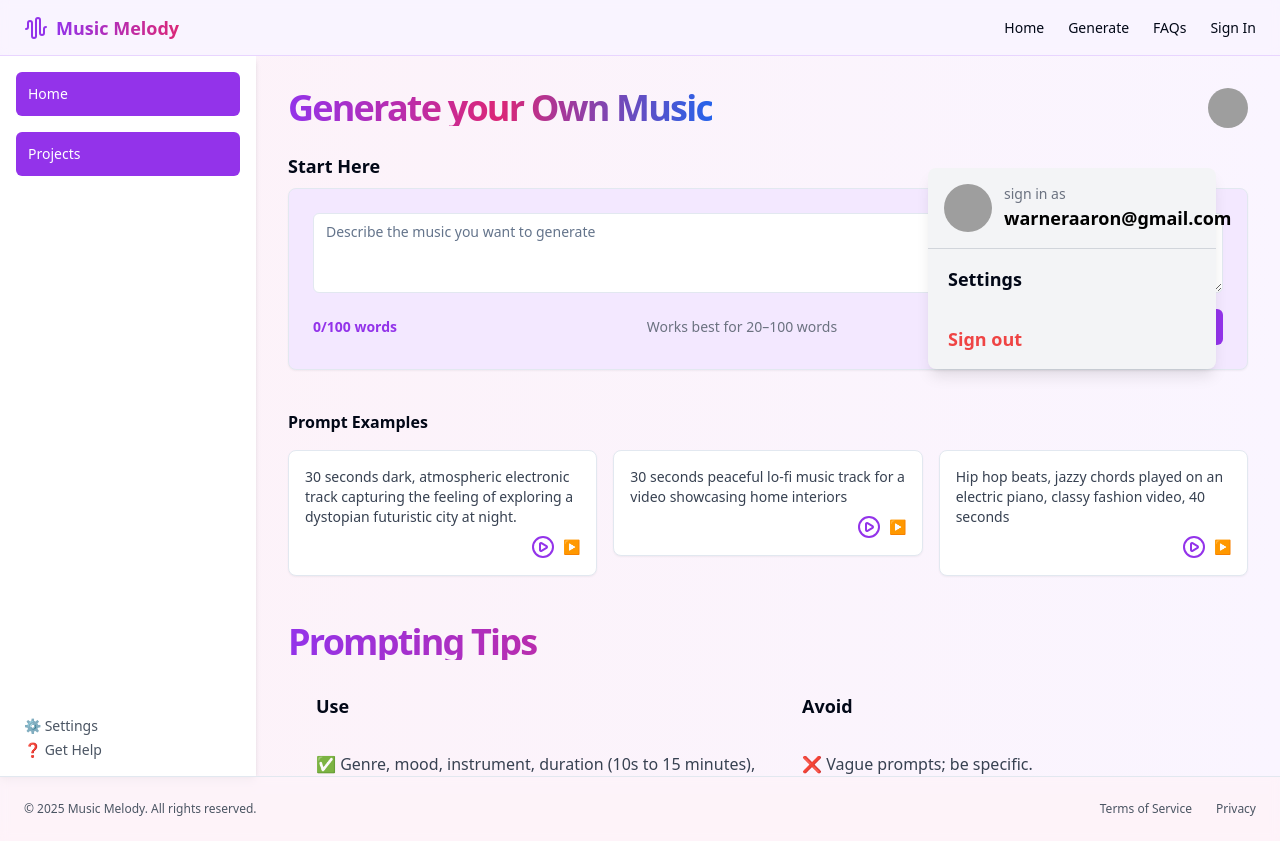
Repository: Aadityakesarwani/musicMelody
Page: /MusicMelodyUI, after clicking the first element matching `div.relative > div`
The author's editor kept a copy of each file at every save. The page is drawn from the files as they stood at one save, then again after the next save.
The browser window is 1280 px wide. The pictures show the whole page.
Pictures or frames that could not be fetched are drawn as grey boxes. An inner scrolling area shows only its first screen. The project was rebuilt for these pictures with package versions that can differ from the ones it lists, and the page was loaded fresh each time. Also part of the build but not shown: vite.config.js, src/components/ui/accordion.jsx, src/components/Faq.jsx, src/components/Hero.jsx, src/components/HowItWorks.jsx, src/context/AuthContext.jsx, src/components/SignIn.jsx, src/components/MusicSection.jsx and 7 more. Imported but missing from the stored project, and not drawn on this page: src/assets/1.mp4, src/assets/2.mp4, src/assets/3.mp4, src/assets/4.mp4, src/assets/5.mp4.

Above is the page before, as saved 2025-04-13 19:32:54.

After the next save:
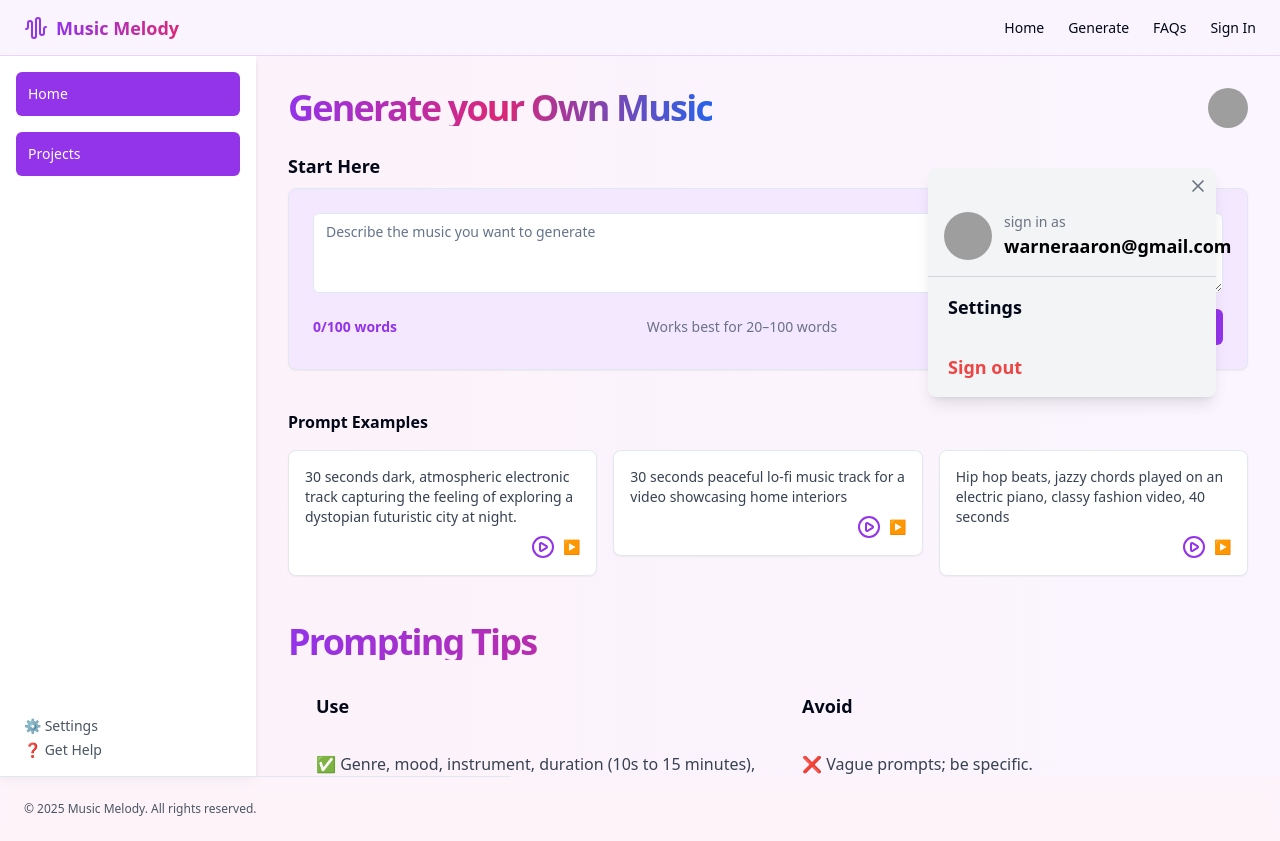
Saved 47 s later.
--- a/src/components/AccountPanel.jsx
+++ b/src/components/AccountPanel.jsx
@@ -1,11 +1,19 @@
-// AccountPanel.jsx
 import { Button } from "./ui/button";
 import { Avatar, AvatarImage } from "./ui/avatar";
+import { X } from "lucide-react"; // Optional icon
 
 export default function AccountPanel({ onClose }) {
   return (
     <div className="absolute top-20 right-8 bg-gray-100 shadow-lg rounded-lg w-72 z-50">
-      <div className="flex items-center p-4 gap-3">
+      {/* Close Button */}
+      <div className="flex justify-end p-2">
+        <button onClick={onClose} className="text-gray-500 hover:text-black">
+          <X className="w-5 h-5" />
+        </button>
+      </div>
+
+      {/* User Info */}
+      <div className="flex items-center p-4 gap-3 -mt-2">
         <Avatar className="w-12 h-12">
           <AvatarImage src="https://github.com/shadcn.png" />
         </Avatar>
@@ -14,6 +22,8 @@ export default function AccountPanel({ onClose }) {
           <p className="font-semibold text-lg text-black">warneraaron@gmail.com</p>
         </div>
       </div>
+
+      {/* Buttons */}
       <div className="border-t border-gray-300">
         <Button variant="ghost" className="w-full justify-start px-5 py-4 text-lg font-semibold">
           Settings
